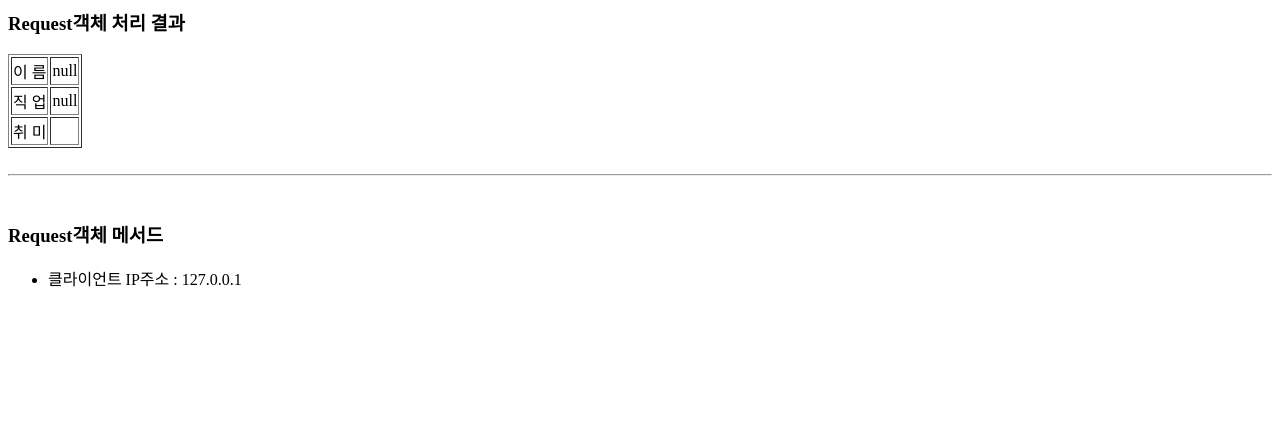
Repository: kdh4357065/3_highjava
Page: http://localhost/webTest/requestTest01.do
These files come from the project's save history. The page is drawn as it stood at one moment and after the next save; the edit follows.
The browser window is 1280 px wide. The pictures show the whole page.
The page is served by Tomcat 9.

Above is the page before, as saved 2023-03-28 03:21:28.

After the next save:
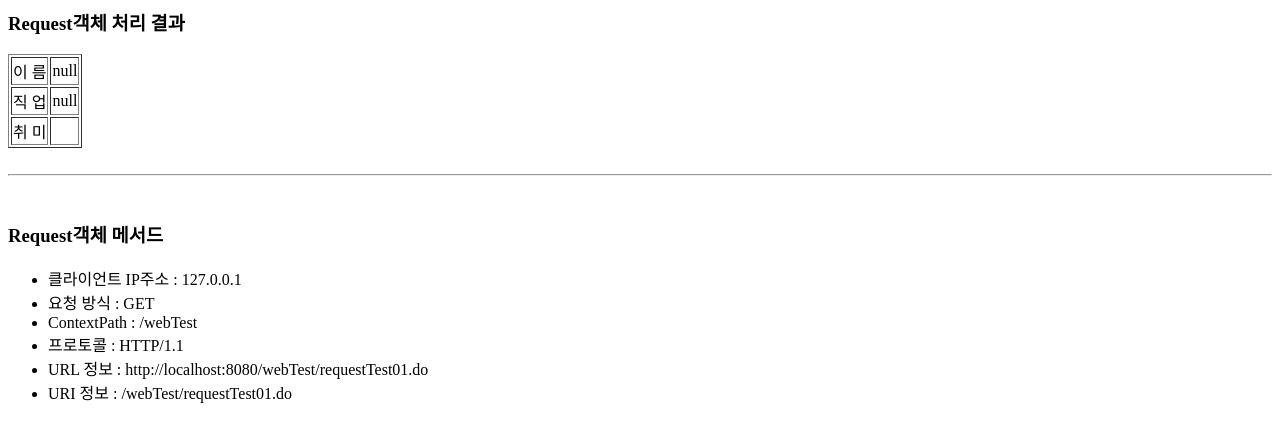
Saved 3 min 0 s later.
--- a/WorkSpace/webTest/src/main/java/kr/or/ddit/basic/reqNresp/RequestTest01.java
+++ b/WorkSpace/webTest/src/main/java/kr/or/ddit/basic/reqNresp/RequestTest01.java
@@ -66,6 +66,12 @@ public class RequestTest01 extends HttpServlet {
 		out.println("<h3>Request객체 메서드</h3>");
 		out.println("<ul>");
 		out.println("<li>클라이언트 IP주소 : " + request.getRemoteAddr() + "</li>");
+		out.println("<li>요청 방식 : " + request.getMethod() + "</li>");
+		out.println("<li>ContextPath : " + request.getContextPath() + "</li>");
+		out.println("<li>프로토콜 : " + request.getProtocol() + "</li>");
+		out.println("<li>URL 정보 : " + request.getRequestURL() + "</li>");
+		out.println("<li>URI 정보 : " + request.getRequestURI() + "</li>");
+		out.println("</ul>");
 
 		out.println("</body></html>");
 	}
